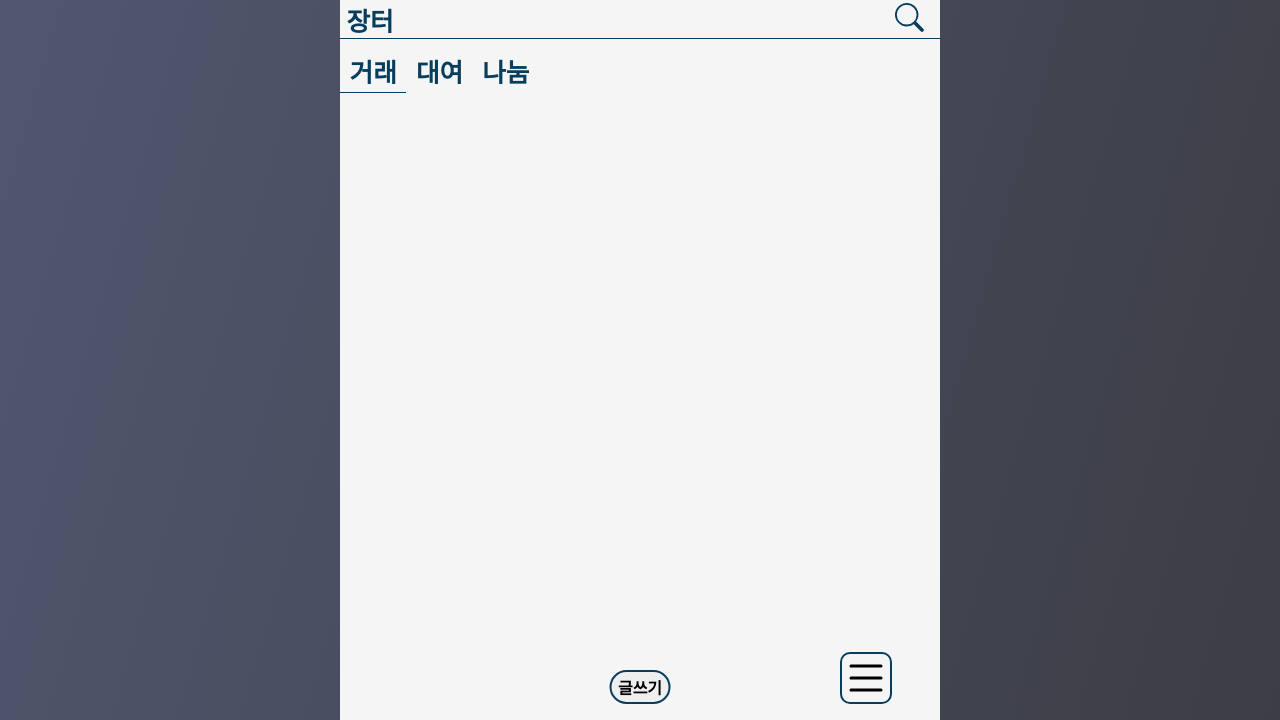
Repository: SeungYn/hanium
Page: /trade/trade
An editor plug-in stored every save of this project. The page is shown before and after the next save, followed by the edit.
The browser window is 1280 px wide. The pictures show the whole page.
The page's requests for data from a server got no answer. The project was rebuilt for these pictures with package versions that can differ from the ones it lists, and the page was loaded fresh each time. No one was signed in, and anything a server would have sent is missing. Also part of the build but not shown: src/App.css, src/components/Chat/ChatHeader/ChatHeader.module.css, src/components/Chat/ChatHeader/ChatHeader.jsx, src/components/Chat/ChatPeoples/ChatPeoples.jsx, src/components/Chat/ChatSideBar/ChatSideBar.module.css, src/components/Chat/ChatSideBar/ChatSideBar.jsx, src/components/ReadPopup/ReadPopup.module.css, src/components/ReadPopup/ReadPopup.jsx and 26 more.

Above is the page before, as saved 2022-11-21 13:38:37.

After the next save:
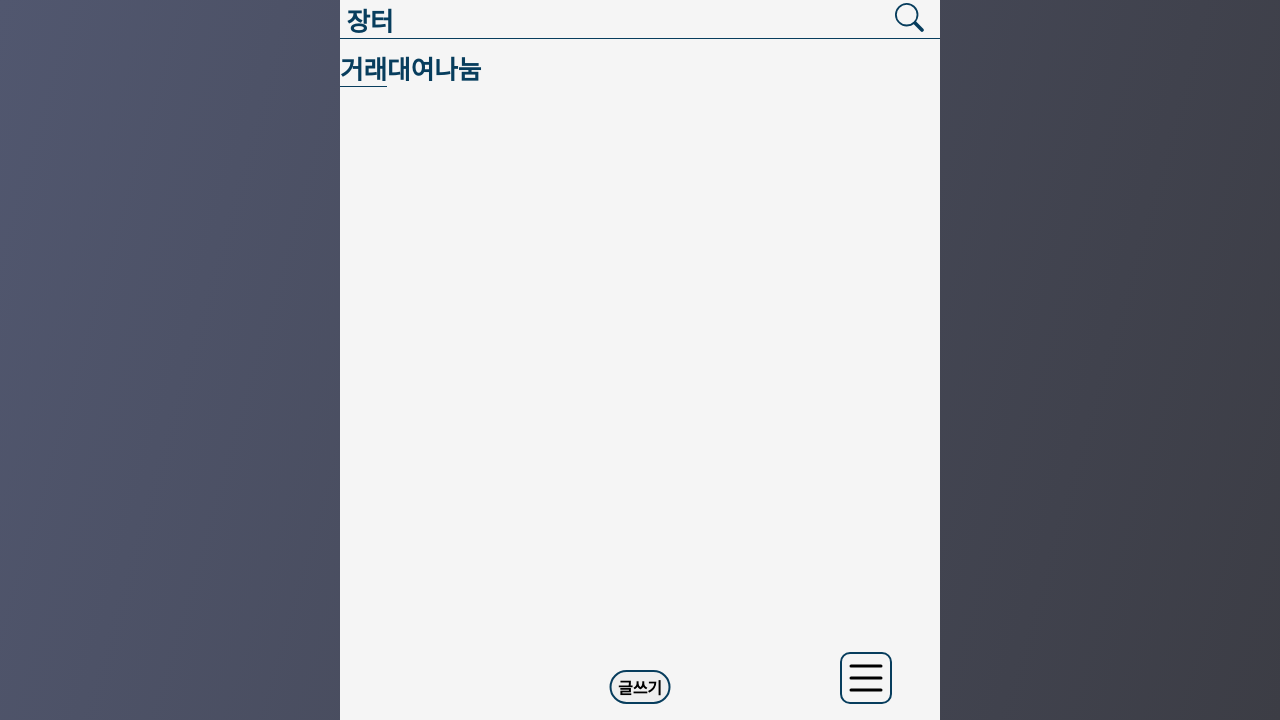
Saved 56 s later.
--- a/src/components/Trade/TradeCategory/TradeCategory.module.css
+++ b/src/components/Trade/TradeCategory/TradeCategory.module.css
@@ -3,7 +3,6 @@
 }
 
 .category {
-  padding: 0.2rem 0.6rem;
   font-size: var(--font-size-small-large);
   cursor: pointer;
   font-weight: bold;
